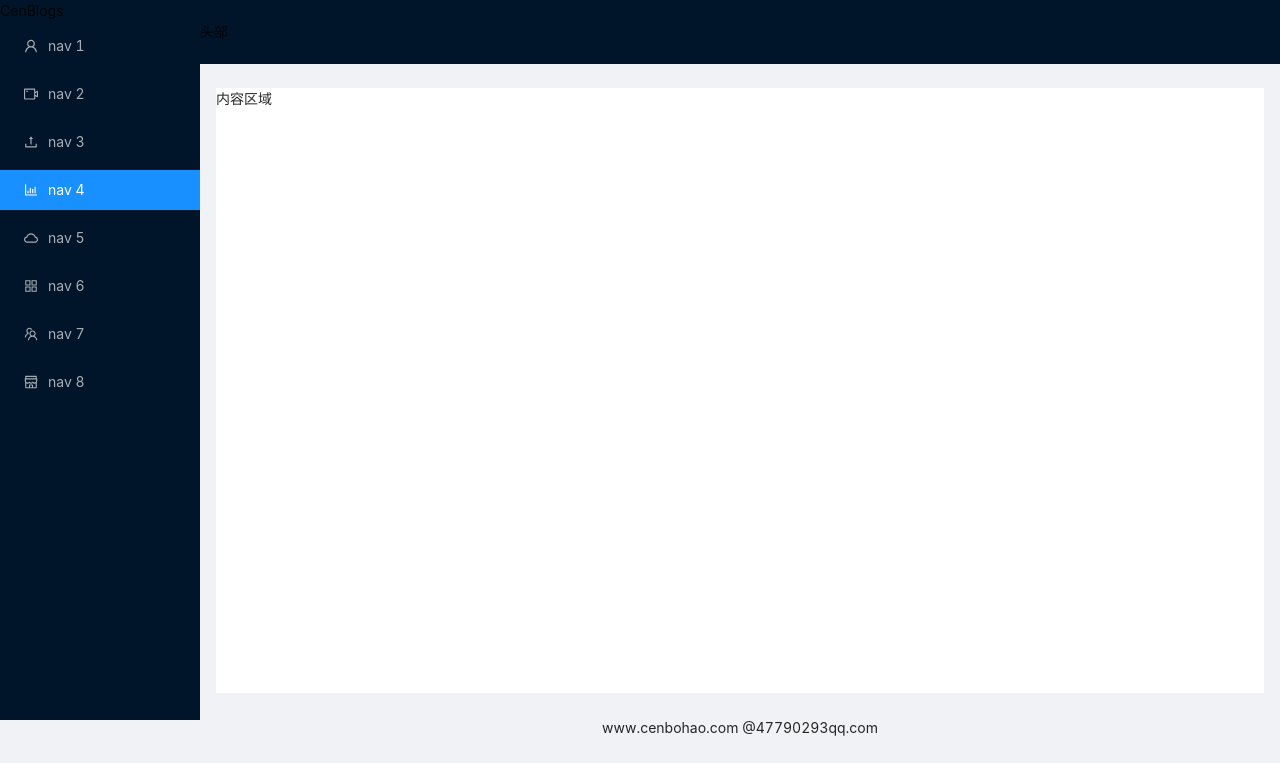
Repository: CBH20010703/bolgsweb
Page: / (app in blogs/)
An editor plug-in stored every save of this project. The page is shown before and after the next save, followed by the edit.
The browser window is 1280 px wide. The pictures show the whole page.
The project was rebuilt for these pictures with package versions that can differ from the ones it lists, and the page was loaded fresh each time. Also part of the build but not shown: blogs/src/component/Header/Headers.css, blogs/src/view/Home/Home.css, blogs/src/view/404/Error.jsx.

Above is the page before, as saved 2021-06-20 22:46:16.

### blogs/src/index.js
import React from 'react';
import ReactDOM from 'react-dom';
import './index.css';
import App from './App';



ReactDOM.render(<App />,document.getElementById('root'));

### blogs/src/App.js
import './App.css';
import { React, Component } from "react";
import Headers from './component/Header/Headers';
import MenuList from './component/Menu/MenuList';
import Footers from './component/Footer/Footers';
import RouterMap from './router/RouterMap';
import { Layout} from 'antd';

const {  Content, Sider } = Layout;
export default class  App extends Component {
  constructor(props) {
    super(props);
    this.state = {  collapsed: false, }
  }
   toggle = () => {
    this.setState({
      collapsed: !this.state.collapsed,
    });
  };
  render() {
    return (
      <Layout>
    <Sider
      style={{
        overflow: 'auto',
        height: '100vh',
        position: 'fixed',
        left: 0,
      }}
    >
       <MenuList/>
    </Sider>
    <Layout className="site-layout" style={{ marginLeft: 200 }}>
      <Headers></Headers>
          <Content style={{ margin: '24px 16px 0', overflow: 'initial', height: "84vh", background:"#fff" }}>
          <RouterMap />
      </Content>
      <Footers/>
    </Layout>
  </Layout>
    );
  }
}

### blogs/src/component/Header/Headers.jsx
import React, { Component } from 'react'
import { Layout } from 'antd';
import "./Headers.css"
const { Header } = Layout;
export default class Headers extends Component {
    render() {
        return (
            <div>
                <Header className="site-layout-background" style={{ padding: 0 }} > 头部</Header>
            </div>
        )
    }
}

### blogs/src/component/Menu/MenuList.jsx
import React, { Component } from 'react'
import { Menu } from 'antd';
import {
  AppstoreOutlined,
  BarChartOutlined,
  CloudOutlined,
  ShopOutlined,
  TeamOutlined,
  UserOutlined,
  UploadOutlined,
  VideoCameraOutlined,
} from '@ant-design/icons';
export default class MenuList extends Component {
    render() {
        return (
            <div>
          <div className="logo" >
            CenBlogs
          </div>
      <Menu theme="dark" mode="inline" defaultSelectedKeys={['4']}>
        <Menu.Item key="1" icon={<UserOutlined />}>
          nav 1
        </Menu.Item>
        <Menu.Item key="2" icon={<VideoCameraOutlined />}>
          nav 2
        </Menu.Item>
        <Menu.Item key="3" icon={<UploadOutlined />}>
          nav 3
        </Menu.Item>
        <Menu.Item key="4" icon={<BarChartOutlined />}>
          nav 4
        </Menu.Item>
        <Menu.Item key="5" icon={<CloudOutlined />}>
          nav 5
        </Menu.Item>
        <Menu.Item key="6" icon={<AppstoreOutlined />}>
          nav 6
        </Menu.Item>
        <Menu.Item key="7" icon={<TeamOutlined />}>
          nav 7
        </Menu.Item>
        <Menu.Item key="8" icon={<ShopOutlined />}>
          nav 8
        </Menu.Item>
      </Menu>
            </div>
        )
    }
}

### blogs/src/component/Footer/Footers.jsx
import React, { Component } from 'react'
import { Layout } from 'antd';
const {  Footer } = Layout;
export default class Footers extends Component {
    render() {
        return (
            <div>
               <Footer style={{ textAlign: 'center' }}>www.cenbohao.com @47790293qq.com</Footer>
            </div>
        )
    }
}

### blogs/src/router/RouterMap.js
import React from 'react'
import { HashRouter, Route, Switch} from 'react-router-dom'
import Home from "../view/Home/Home.jsx";
import Error from "../view/404/Error.jsx";
export default class RouterMap  extends React.Component {
    updateHandle() {
        console.log('每次router变化之后都会触发')
    }
    render() {
        return (
            <HashRouter>
                <Switch>
                    <Route exact path="/" component={Home} />
                    <Route  path="*" component={Error} />
               </Switch>
            </HashRouter>
        )
    }
}

### blogs/src/view/Home/Home.jsx
import React, { Component } from 'react'
import "./Home.css"
export default class Home extends Component {
      handleClick = e => {
    console.log('click ', e);
  };
    render() {
        return (
            <div >
                内容区域
            </div>
        )
    }
}

### blogs/src/component/Menu/MenuList.css
.logo {
    height: 32px;
    margin: 16px;
    background: rgba(255, 255, 255, 0.2);
    text-align: center;
    line-height: 32px;
    color: #fff;
    font-weight: 600;
}

Loaded but not shown: blogs/public/index.html (common file); blogs/src/index.css (common file); blogs/src/App.css (common file)

After the next save:
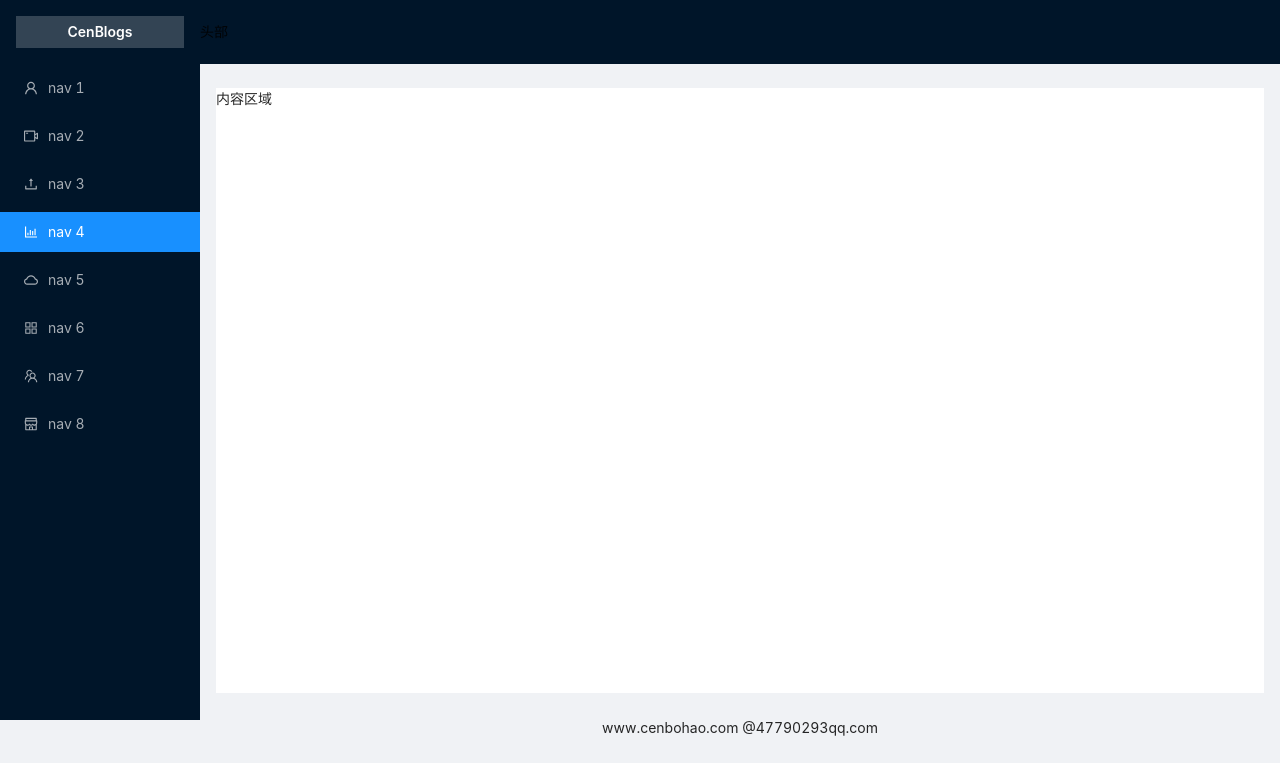
Saved 27 s later.
--- a/blogs/src/component/Menu/MenuList.jsx
+++ b/blogs/src/component/Menu/MenuList.jsx
@@ -1,5 +1,6 @@
 import React, { Component } from 'react'
 import { Menu } from 'antd';
+import "./MenuList.css"
 import {
   AppstoreOutlined,
   BarChartOutlined,
